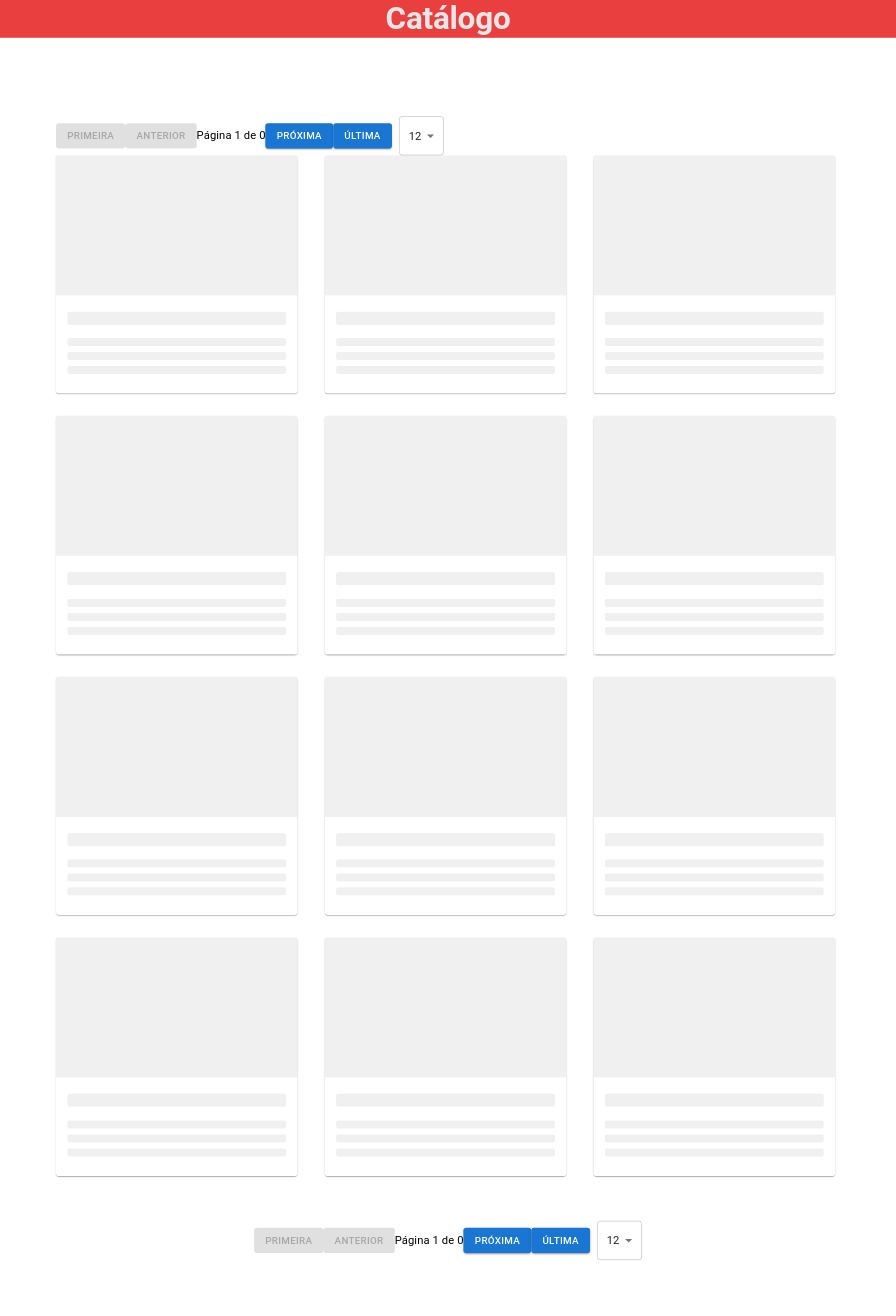
Repository: lenx0/PokeWiki-Front
Page: /
An editor plug-in stored every save of this project. The page is shown before and after the next save, followed by the edit.
The browser window is 1280 px wide. The pictures show the whole page, at 70% of full size.
The page's requests for data from a server got no answer. The project was rebuilt for these pictures with package versions that can differ from the ones it lists, and the page was loaded fresh each time. The framework's server and built-in components were replaced by stand-ins that run in the browser. No one was signed in, and anything a server would have sent is missing. Also part of the build but not shown: next.config.mjs.

Above is the page before, as saved 2024-02-16 22:21:43.

After the next save:
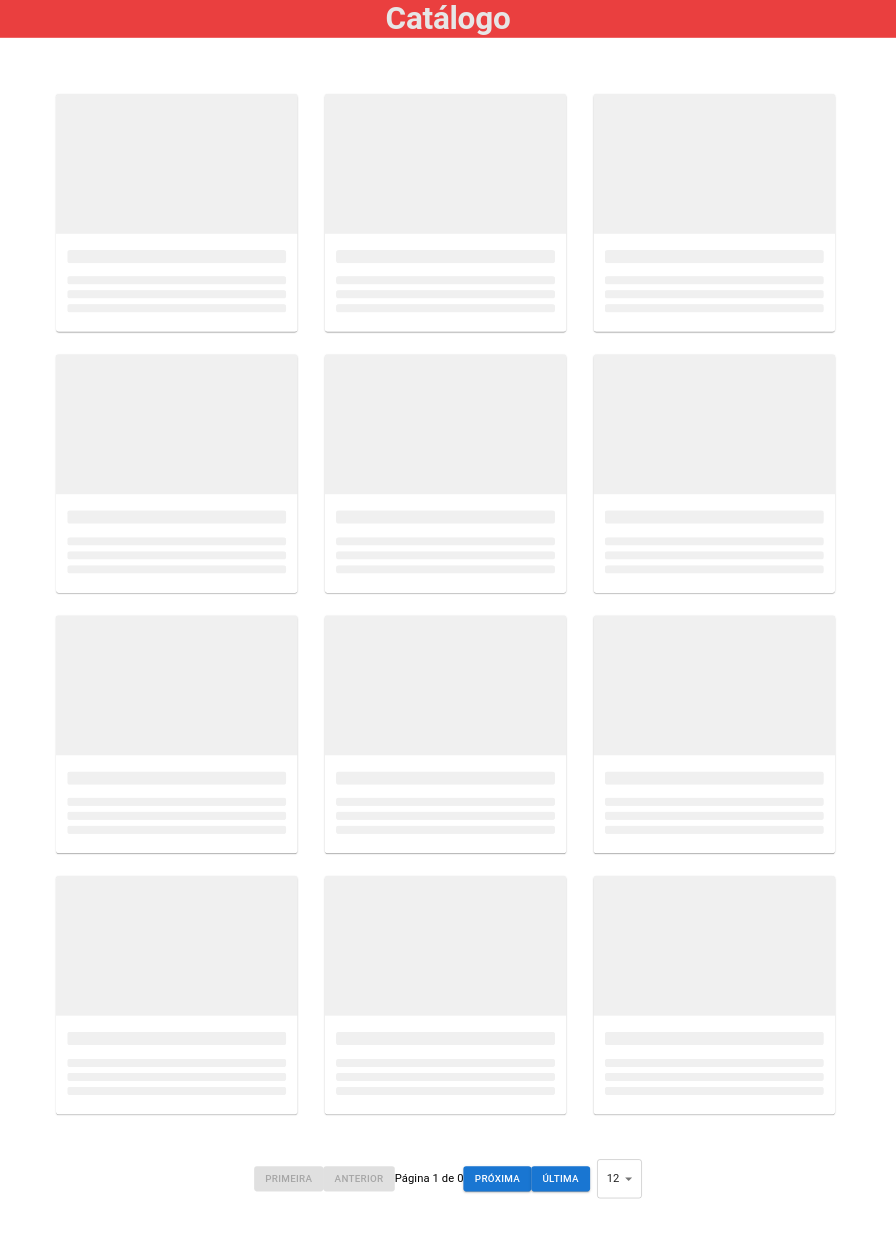
Saved 48 s later.
--- a/src/app/components/Cards/index.jsx
+++ b/src/app/components/Cards/index.jsx
@@ -107,13 +107,6 @@ export default function Cards() {
 
   return (
     <>
-      <Pagination
-        page={page}
-        totalPages={totalPages}
-        setPage={setPage}
-        itemsPerPage={itemsPerPage}
-        setItemsPerPage={setItemsPerPage}
-      />
       <Grid container spacing={4}>
         {(loading || pokemonList.length === 0) &&
           Array.from({ length: itemsPerPage }).map((_, index) => (
